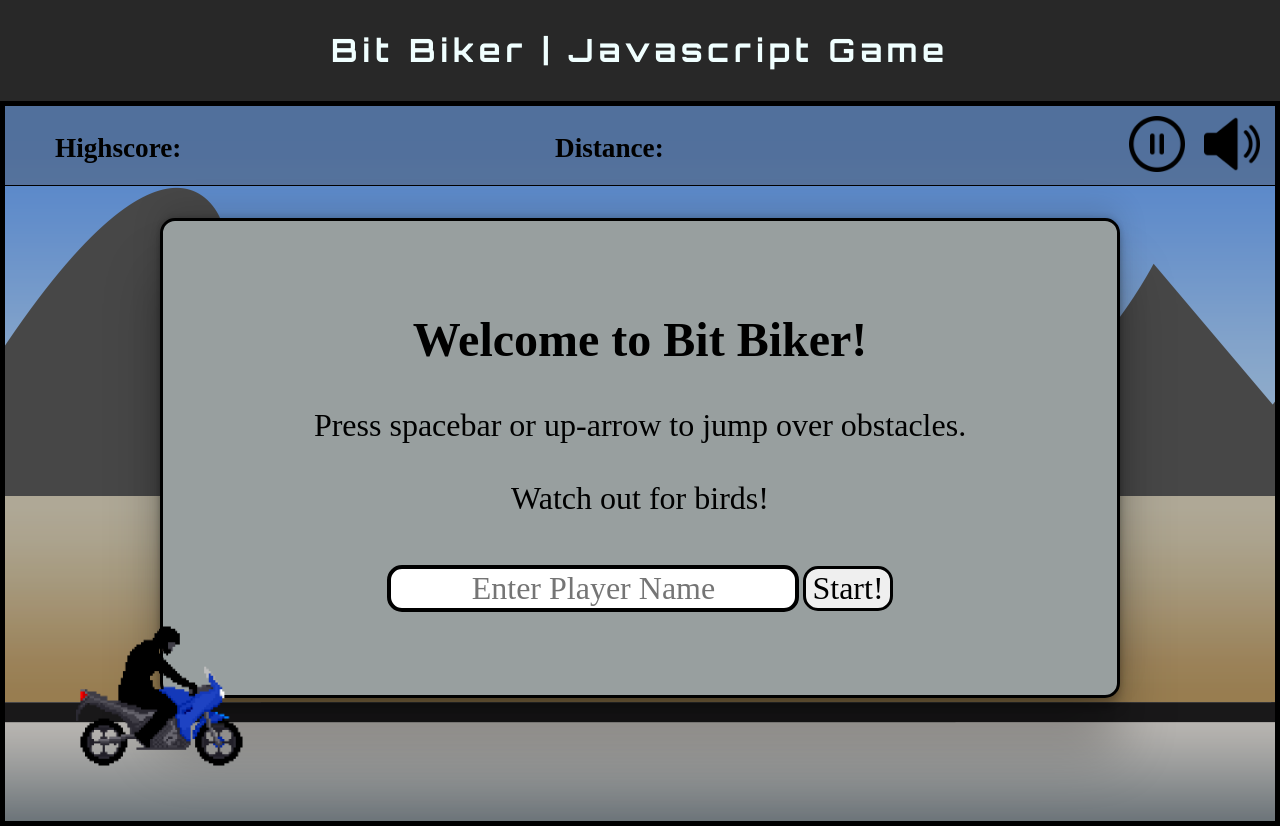
Repository: jellymel0n/bit-biker
Page: index.html
The author's editor kept a copy of each file at every save. The page is drawn from the files as they stood at one save, then again after the next save.
The browser window is 1280 px wide. The pictures show the whole page.

Above is the page before, as saved 2021-07-18 20:07:20.

After the next save:
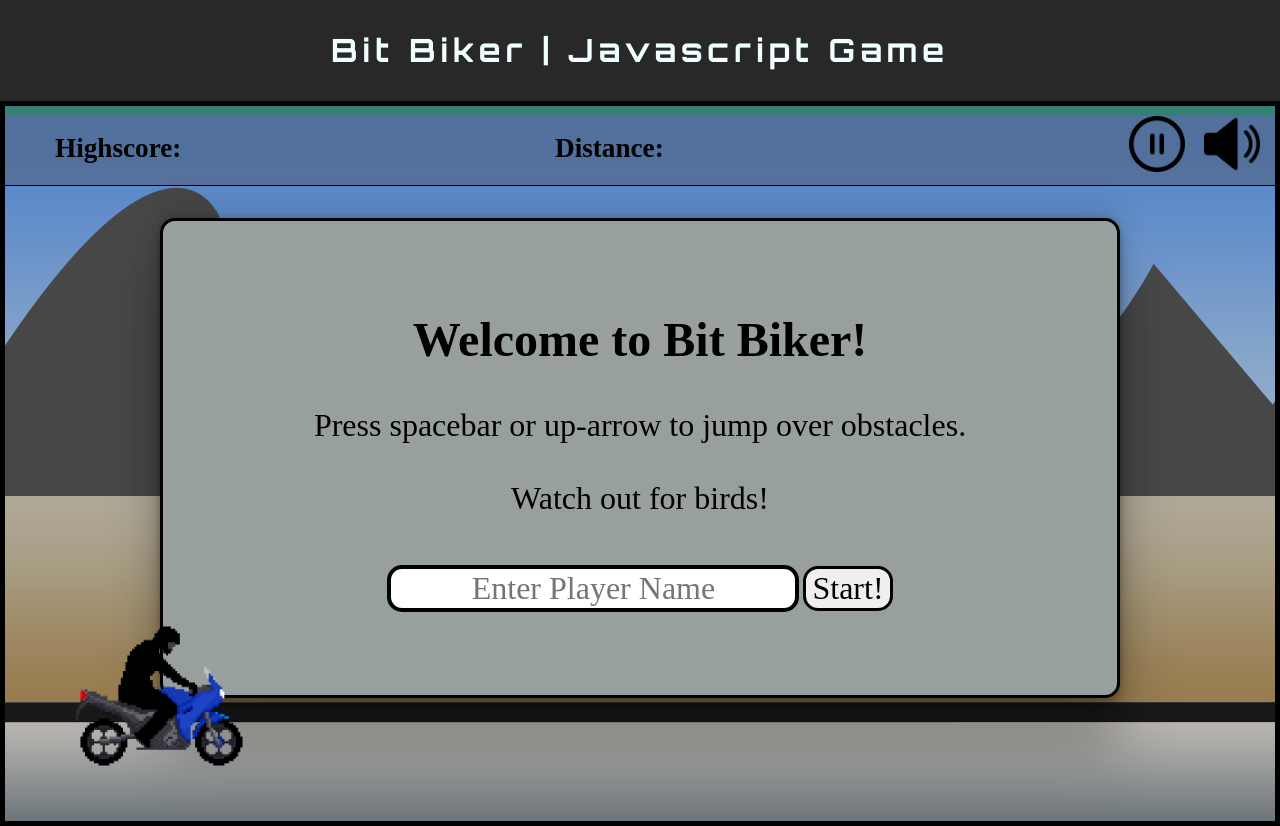
Saved 11 s later.
--- a/styles/styles.css
+++ b/styles/styles.css
@@ -24,7 +24,7 @@
     content: " ";
     position: absolute;
     z-index: -1;
-    top: -20px;
+    top: -10px;
     left: -20px;
     right: -20px;
     bottom: -20px;

After the save that followed:
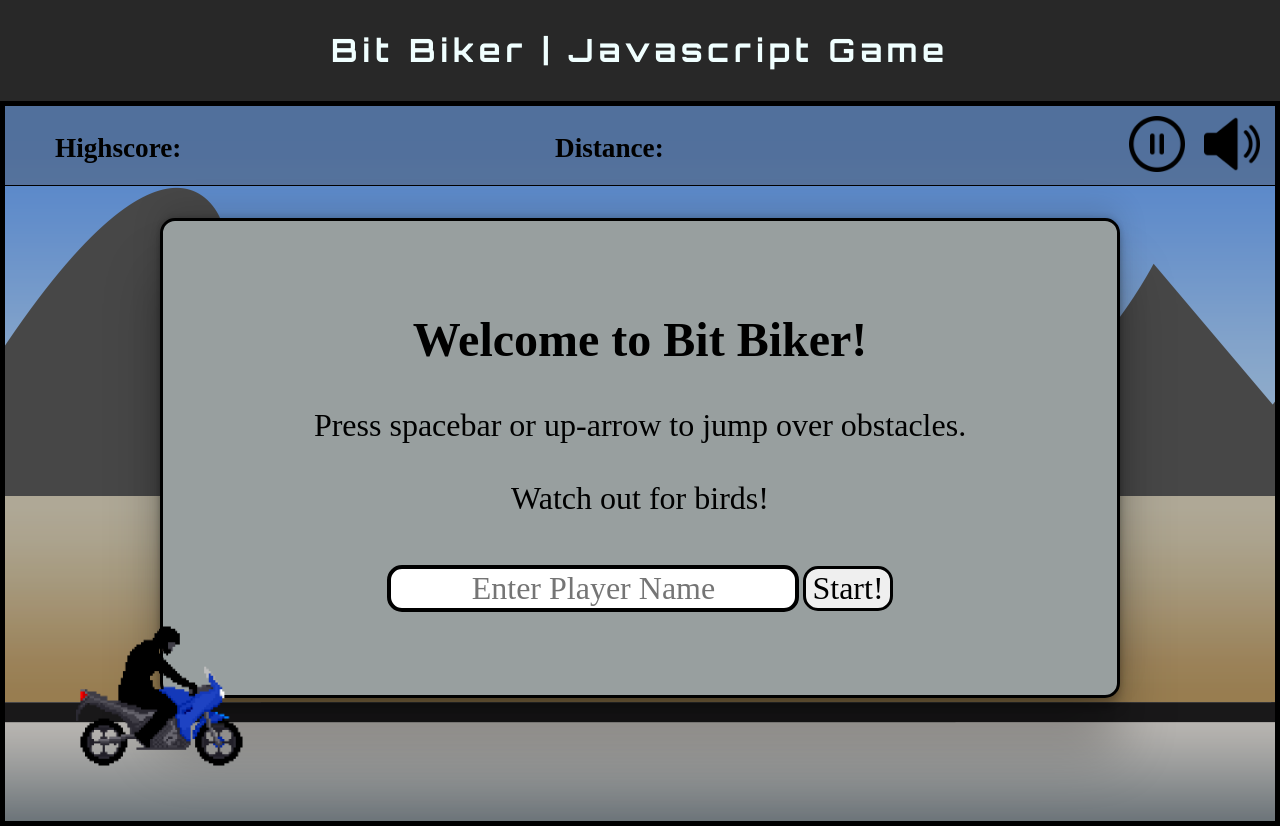
Saved 6 s later.
--- a/styles/styles.css
+++ b/styles/styles.css
@@ -24,7 +24,7 @@
     content: " ";
     position: absolute;
     z-index: -1;
-    top: -10px;
+    top: -40px;
     left: -20px;
     right: -20px;
     bottom: -20px;
